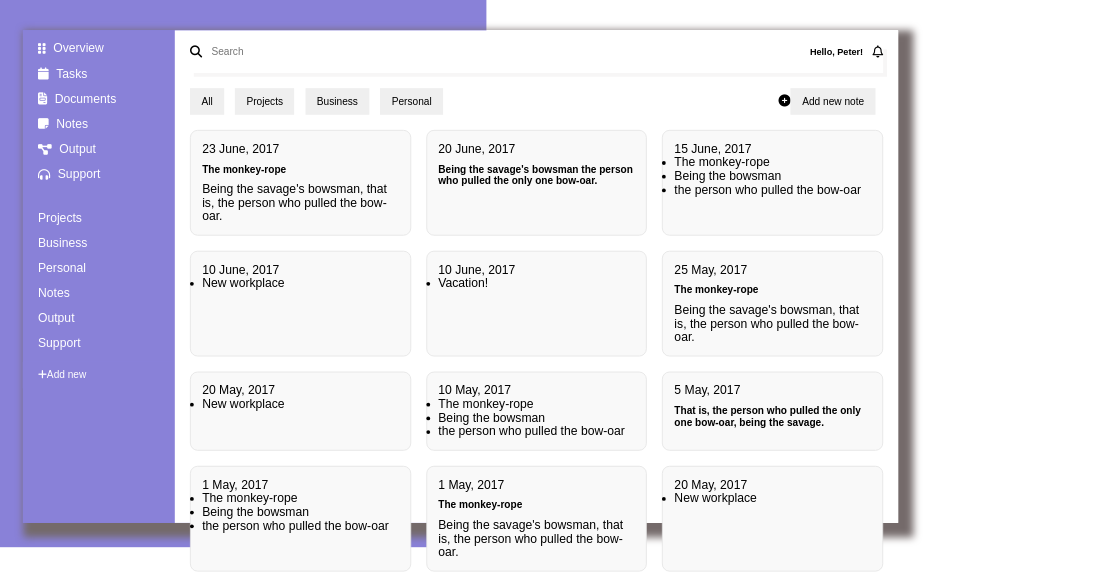
Repository: SatenikGabrielyan/HTML_CSS-_Assignment
Page: index.html
An editor plug-in stored every save of this project. The page is shown before and after a run of saves, followed by the edit.
The browser window is 1280 px wide. The page is 1280 px wide, then 1471 px, so the pictures cover 1471 px, including what lies to the right of the window. The pictures show the whole page, at 76% of full size.
Some web libraries are served in a nearby version.

Above is the page before, as saved 2025-03-18 00:44:22.

### index.html
<!DOCTYPE html>
<html lang="en">
  <head>
    <meta charset="UTF-8" />
    <meta name="viewport" content="width=device-width, initial-scale=1.0" />
    <title>Notes App</title>
    <link rel="stylesheet" href="./style.css" />
    <script src="https://kit.fontawesome.com/858d305f19.js" crossorigin="anonymous"></script>
</head>
  <body>
      <div class="cont">
          <div class="purp"></div>
          <div class="whit"></div>
      </div>
    <div class="container">
      <aside class="sidebar">
        <!-- <header class="circle">
            <i class="fa-regular fa-circle"></i>
        </header> -->
        <nav>
            <ul class="first">
                <li><i class="fa-solid fa-grip-vertical"></i>Overview</li>
                <li> <i class="fa-solid fa-calendar"></i>Tasks</li>
                <li><i class="fa-solid fa-file-invoice"></i>Documents</li>
                <li><i class="fa-solid fa-note-sticky"></i>Notes</li>
                <li><i class="fa-solid fa-diagram-project"></i>Output</li>
                <li><i class="fa-solid fa-headphones-simple"></i>Support</li>
            </ul>
            <ul class="second">
                <li>Projects</li>
                <li>Business</li>
                <li>Personal</li>
                <li>Notes</li>
                <li>Output</li>
                <li>Support</li>
            </ul>
        </nav>
        <button class="add-new"><i class="fa-solid fa-plus"></i>Add new</button>
        <div class="foot">

        </div>
    </aside>

    <main class="main-content">
       <div class="header">
            <i class="fas fa-search"></i>  <input type="text" placeholder="Search">
            <h3>Hello, Peter!</h3> <i class="fa-regular fa-bell"></i>
    </div>
    <div class="proj">
        <div class="but">
        <div class="tabs">
            <button>All</button>
            <button>Projects</button>
            <button>Business</button>
            <button>Personal</button>
        </div>
        <div >
            <i class="fa-solid fa-circle-plus"></i><button class="add tabs">Add new note</button>
        </div>
    </div>
        <!-- <div class="notes-grid">

            <div class="note-card">
                <h4>23 June, 2017</h4>
                <h5>The monkey-rope</h5>
                <p>Being the savage's bowsman, that is, the person who pulled the bow-oar.</p>
            </div>
            <div class="note-card">
                <h4>20 June, 2017</h4>
                <h5>Being the savage's bowsman</h5>
                <p>The person who pulled the only one bow-oar.</p>
            </div>
            <div class="note-card">
                <h4>1 June, 2017</h4>
                <h5>Vacation!</h5>
            </div>
            <div class="note-card">
                <h4>25 May, 2017</h4>
                <h5>The monkey-rope</h5>
                <p>Being the savage's bowsman, that is, the person who pulled the bow-oar.</p>
            </div>
            <div class="note-card">
                <h4>20 May, 2017</h4>
                <h5>New workplace</h5>
            </div>
            <div class="note-card">
                <h4>5 May, 2017</h4>
                <h5>That is, the person</h5>
                <p>Being the savage.</p>
            </div>
        </div> -->
        <div class="notes-grid">
            <div class="note-card">
                <h4>23 June, 2017</h4>
                <h5>The monkey-rope</h5>
                <p>Being the savage's bowsman, that is, the person who pulled the bow-oar.</p>
            </div>
            <div class="note-card">
                <h4>20 June, 2017</h4>
                <h5>Being the savage's bowsman the person who pulled the only one bow-oar.</h5>
            </div>
            <div class="note-card">
                <h4>15 June, 2017</h4>
                <ul>
                <li>The monkey-rope</li>
                <li>Being the bowsman</li>
                <li>the person who pulled the bow-oar</li>
            </ul>
            </div>
            <div class="note-card">
                <h4>10 June, 2017</h4>
                <ul>
                    <li>New workplace</li>
                </ul>
            </div>
            <div class="note-card">
                <h4>10 June, 2017</h4>
                <ul>
                    <li>Vacation!</li>
                </ul>
            </div>
            <div class="note-card">
                    <h4>25 May, 2017</h4>
                    <h5>The monkey-rope</h5>
                    <p>Being the savage's bowsman, that is, the person who pulled the bow-oar.</p>
            </div>
            <div class="note-card">
                <h4>20 May, 2017</h4>
                <ul>
                    <li>New workplace</li>
                </ul>
            </div>
            <div class="note-card">
                <h4>10 May, 2017</h4>
                <ul>
                <li>The monkey-rope</li>
                <li>Being the bowsman</li>
                <li>the person who pulled the bow-oar</li>
            </ul>
            </div>
            <div class="note-card">
                <h4>5 May, 2017</h4>
                <h5>That is, the person who pulled the only one bow-oar, being the savage.</h5>
            </div>
            <div class="note-card">
                <h4>1 May, 2017</h4>
                <ul>
                <li>The monkey-rope</li>
                <li>Being the bowsman</li>
                <li>the person who pulled the bow-oar</li>
            </ul>
            </div>
            <div class="note-card">
                <h4>1 May, 2017</h4>
                <h5>The monkey-rope</h5>
                <p>Being the savage's bowsman, that is, the person who pulled the bow-oar.</p>
            </div>
            <div class="note-card">
                <h4>20 May, 2017</h4>
                <ul>
                    <li>New workplace</li>
                </ul>
            </div>
        </div>
    </div>
    </main>

    </div>

  </body>
</html>

### style.css
/* CSS Variables for Colors */
:root {
    --bg-color: #fbfbfb;
    --primary-color: #8981d8;
    --secondary-color: #d0d0d0;
    --text-color: #858499;
    --highlight-color: #7f77cc;
    --hover-color: rgba(137, 129, 216, 0.5);
  }


  * {
    margin: 0;
    padding: 0;
    box-sizing: border-box;
  }

  body {
    font-family: Arial, sans-serif;
    /* background-color: var(--bg-color); */
    display: flex;
    height: 100vh;
  }
  .wrapper{
    position: relative;
  }

  .cont{
      display: flex;
      width: 100%;
      position: relative;
      z-index: -1;
      border-radius: 10px;
  }
.purp {
    width: 50%;
    background-color: var(--primary-color);
    flex-direction: row;
}
.whit {
    width: 50%;
    /* background-color: lightgray; */
    flex-direction: row;
}
  .container {
    display: flex;
    width: 90%;
    height: 90%;

    box-shadow: 10px 10px 10px 10px rgb(116, 106, 106);
    margin-left: 30px;
    margin-right: 30px;
    margin-top: 40px;
    margin-bottom: 80px;
    background: center;
    position: absolute;
    z-index: 2;
  }

   .sidebar {
    width: 200px;
    background-color: var(--primary-color);
    color: #fff;
    display: flex;
    flex-direction: column;
    /* padding: 20px; */
  }

  /* .main-content li {
    float: left;
  }

  .main-content li a {
    display: block;
    color: white;
    text-align: center;
    padding: 14px 16px;
    text-decoration: none;
  }

  .main-content li a:hover:not(.active) {
    background-color: #111;
  } */
  /* .first {
    list-style-type: none;
     list-style: none;
} */
.first li {
    margin: 15px 0;
    display: flex;
    align-items: center;
    cursor: pointer;
    padding-left: 20px;
}
  .sidebar-header h2 {
    margin-bottom: 20px;
  }

  .first li i {
    margin-right: 10px;
  }
  .second {
      margin-top: 40px;
  }
 .second li {
    margin: 15px 0;
    display: flex;
    align-items: center;
    cursor: pointer;
    padding-left: 20px;
 }
 .second li::marker {
    color: red;
  }
  .main-content {
    background-color: white;
    /* width: 200px; */
    flex-grow: 1;
    flex: 1;
    /* padding-top: 20px; */
     padding: 20px;
    /* overflow-y: auto;  */
  }

   /* header {
    display: flex;
    justify-content: space-between;
    align-items: center;
    margin-bottom: 20px;
  } */

  /*
  .header-left p {
    font-size: 1.2em;
    color: var(--text-color);
  }

  .header-right {
    display: flex;
    align-items: center;
  }

  .header-right i {
    margin-right: 20px;
    cursor: pointer;
  }

  .add-note-btn {
    background-color: var(--primary-color);
    color: #fff;
    border: none;
    padding: 10px 20px;
    cursor: pointer;
    display: flex;
    align-items: center;
  }

  .add-note-btn i {
    margin-right: 10px;
  }


  .notes-grid {
    display: grid;
    grid-template-columns: repeat(auto-fill, minmax(300px, 1fr));
    gap: 20px;
  }

  .note-item {
    background-color: #fff;
    border-radius: 8px;
    box-shadow: 0 2px 4px rgba(0, 0, 0, 0.1);
    overflow: hidden;
    display: flex;
    flex-direction: column;
    padding: 20px;
  }

  .note-item img {
    width: 100%;
    height: auto;
    border-radius: 8px;
    margin-bottom: 15px;
  }

  .note-item p {
    color: var(--text-color);
    font-size: 1em;
    line-height: 1.5;
  }


  .sidebar-list li:hover {
    background-color: var(--highlight-color);
    transition: background-color 0.3s ease;
  }


  @media (max-width: 768px) {
    .container {
      flex-direction: column;
    }

    .sidebar {
      width: 100%;
      flex-direction: row;
      justify-content: space-around;
      padding: 10px;
    }

    .sidebar-list {
      display: flex;
      flex-direction: row;
      gap: 15px;
    }

    .sidebar-list li {
      margin: 0;
    }

    .main-content {
      padding: 10px;
    }

    header {
      flex-direction: column;
      align-items: flex-start;
    }

    .header-right {
      margin-top: 10px;
    }

    .notes-grid {
      grid-template-columns: 1fr;
    }

    .note-item {
      padding: 10px;
    }

    .note-item img {
      margin-bottom: 10px;
    }
  } */
  /* .sidebar {
    background-color: #5e4b9a;
    color: white;
    width: 300px;
    padding: 20px;
} */

/* .sidebar header {
    font-size: 24px;
}

.sidebar nav ul {
    list-style: none;
    padding: 0;
}

.sidebar nav ul li {
    margin: 15px 0;
} */

.add-new {
    background-color: var(--primary-color);
    color: white;
    border: none;
    padding: 10px;
    cursor: pointer;
    display: flex;
    padding-left: 20px;
}

.header {
    display: flex;
    width: 100%;
    justify-content: space-between;
    align-items: center;
    background-color: white;
    box-shadow: 5px  5px rgb(247, 246, 246);
    padding-bottom: 20px;
}

.header input {
    border: none;
    margin: 0;
    width: 85%;
}

.header h3 {
    margin: 0;
    font-size: 12px;
}

.tabs {
    margin: 20px 0;
}

.tabs button {
    margin-right: 10px;
    padding: 10px 15px;
    border: none;
    /* background-color: #e2e2e2; */
    cursor: pointer;
}
.tabs :hover {
    background-color: var(--highlight-color);
    transition: background-color 0.3s ease;
  }

.notes-grid {
    display: grid;
    grid-template-columns: repeat(auto-fill, minmax(240px, 1fr));
    gap: 20px;
}
.but{
    display: flex;
    flex-direction: row;
    justify-content: space-between;
}
.add {
    margin-right: 10px;
    padding: 10px 15px;
    border: none;
    cursor: pointer;
}

.note-card {
    border: 1px solid #e2e2e2;
    border-radius: 10px;
    padding: 15px;
    background-color: #f9f9f9;
}

.note-card h4 {
    margin: 0;
    font-weight: normal;
}

.note-card h5 {
    margin: 10px 0;
}

After the next 5 saves:
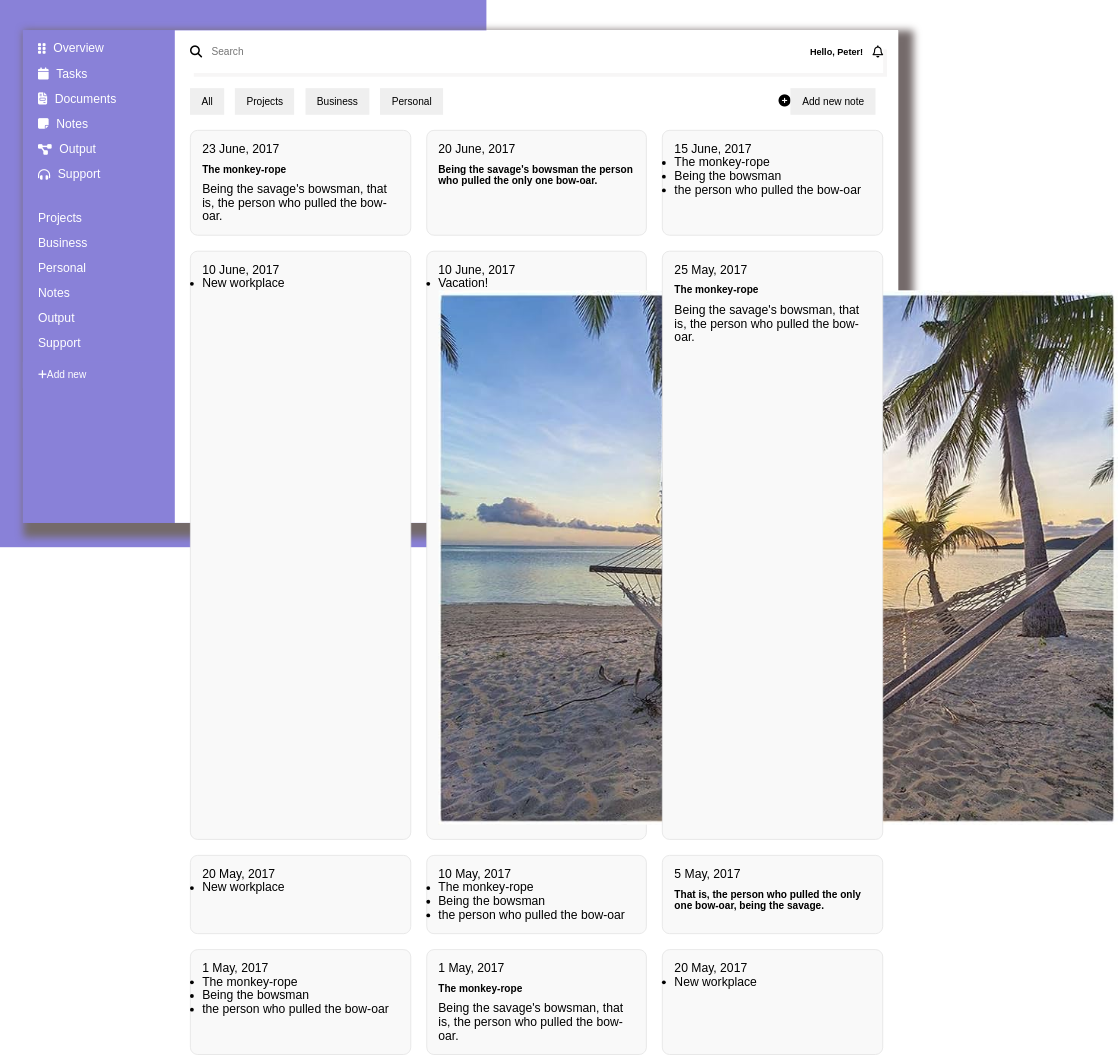
The 5 saves are shown as one change because they came seconds apart.
The last was saved 2 min 39 s later.
--- a/index.html
+++ b/index.html
@@ -118,6 +118,7 @@
                 <ul>
                     <li>Vacation!</li>
                 </ul>
+                <img src="./img/71SEvIFggLL._AC_UF894,1000_QL80_.jpg" alt="">
             </div>
             <div class="note-card">
                     <h4>25 May, 2017</h4>
